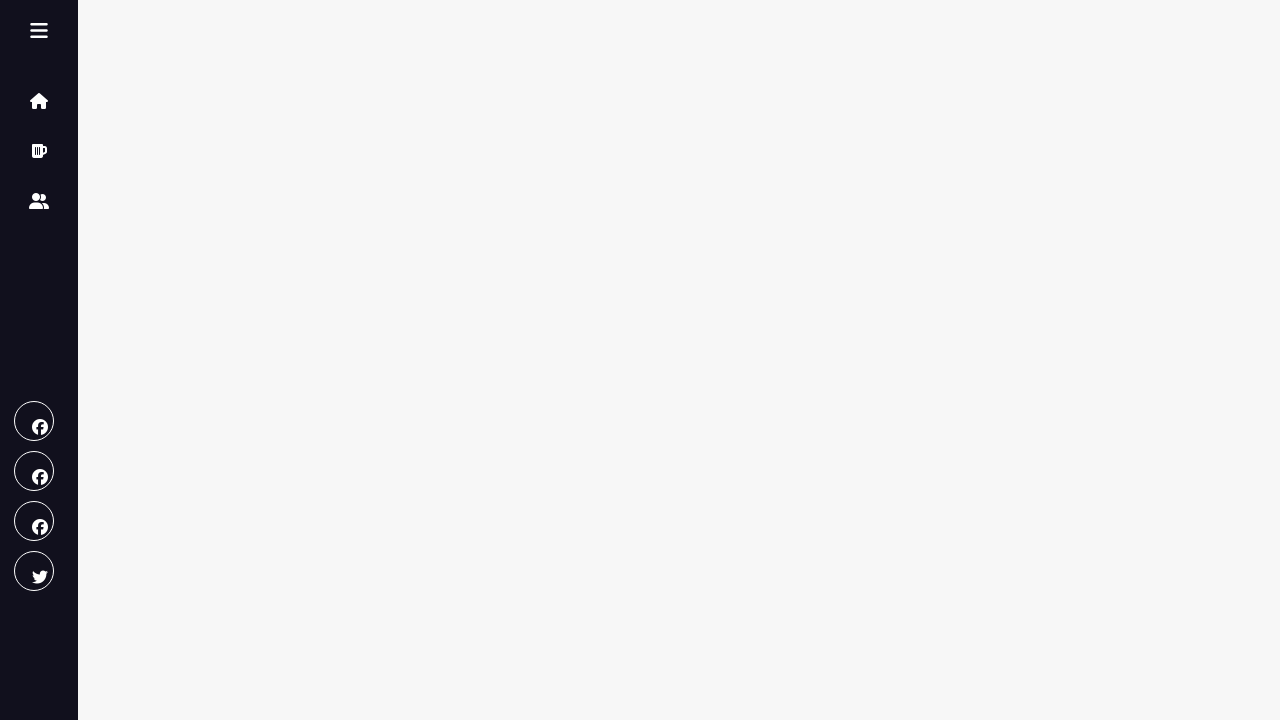
Repository: Nic98/MilkTeaWebsite
Page: mywebsite.html
The author's editor kept a copy of each file at every save. The page is drawn from the files as they stood at one save, then again after the next save.
The browser window is 1280 px wide. The pictures show the whole page.
Some web libraries are served in a nearby version.

Above is the page before, as saved 2024-05-28 23:08:07.

After the next save:
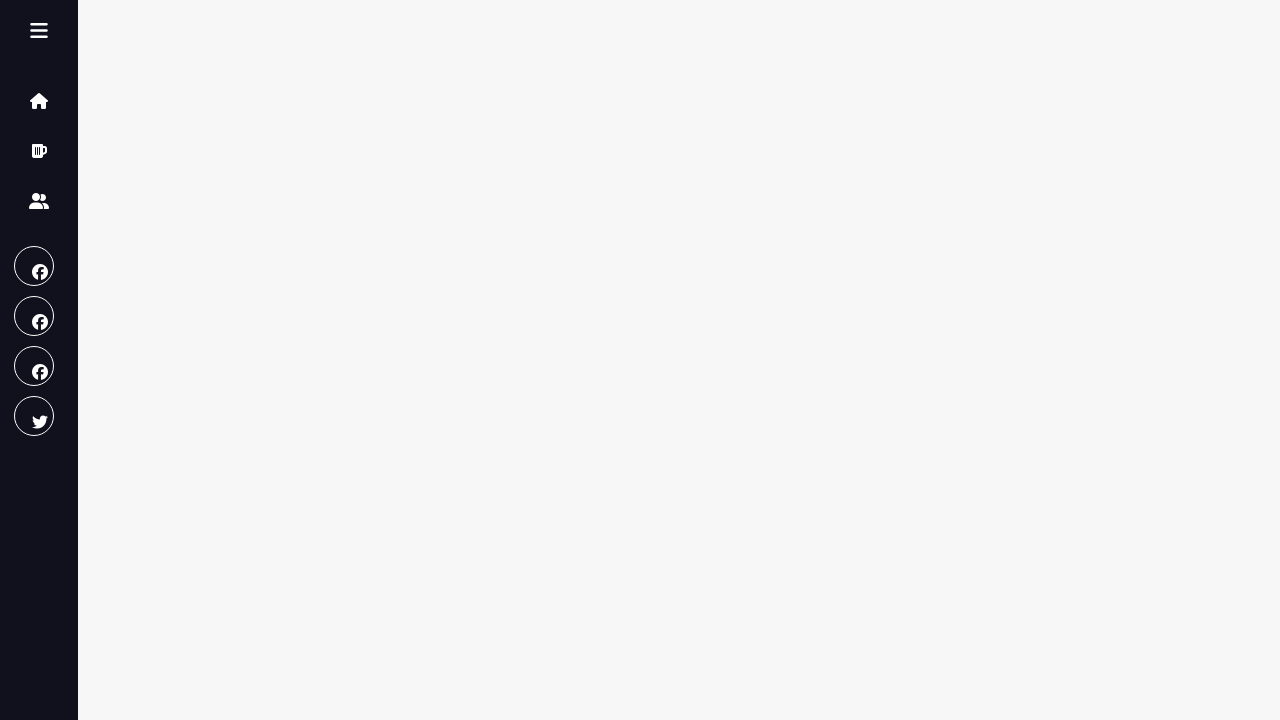
Saved 46 s later.
--- a/mywebsite.css
+++ b/mywebsite.css
@@ -261,6 +261,8 @@
   pointer-events: auto;
 } */
 
+con
+
 .contact_list {
   padding-top: 250%;
   position: relative;

After the 2 saves that followed:
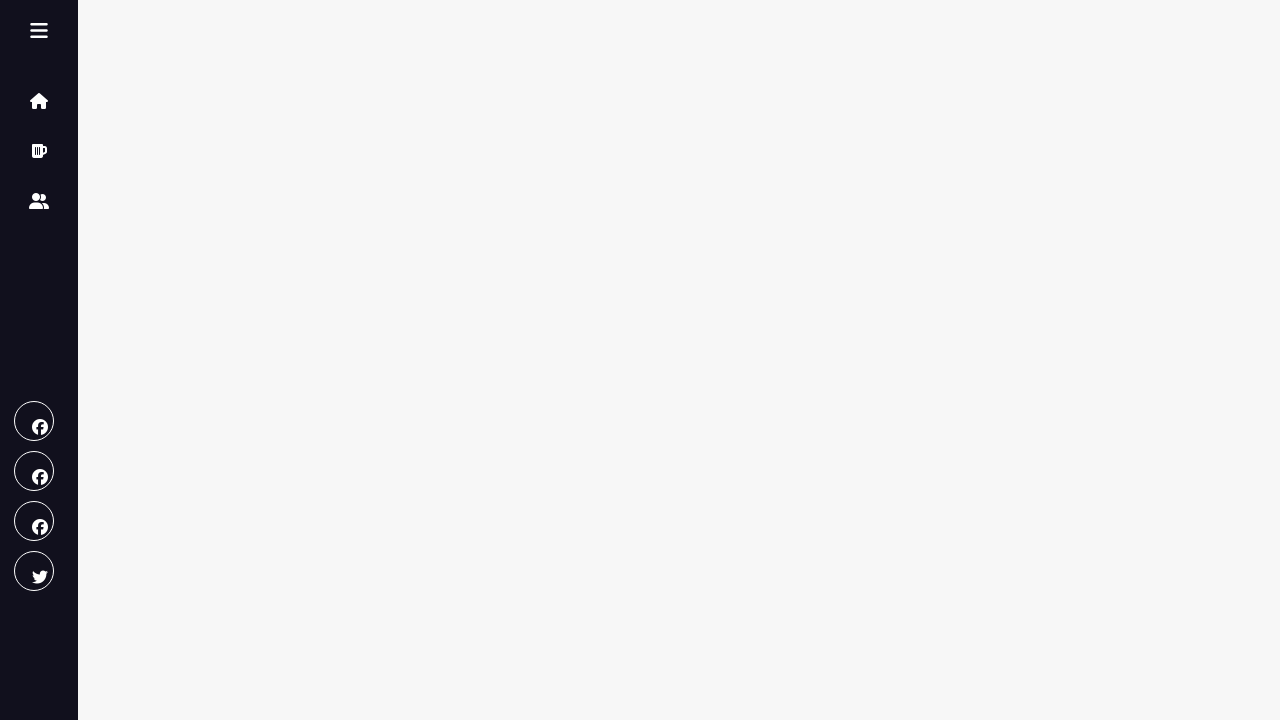
The 2 saves are shown as one change because 1 left the picture as it was.
The last was saved 20 s later.
--- a/mywebsite.css
+++ b/mywebsite.css
@@ -261,7 +261,11 @@
   pointer-events: auto;
 } */
 
-con
+.contact_list ul {
+  display: flex;
+  position: absolute;
+
+}
 
 .contact_list {
   padding-top: 250%;
